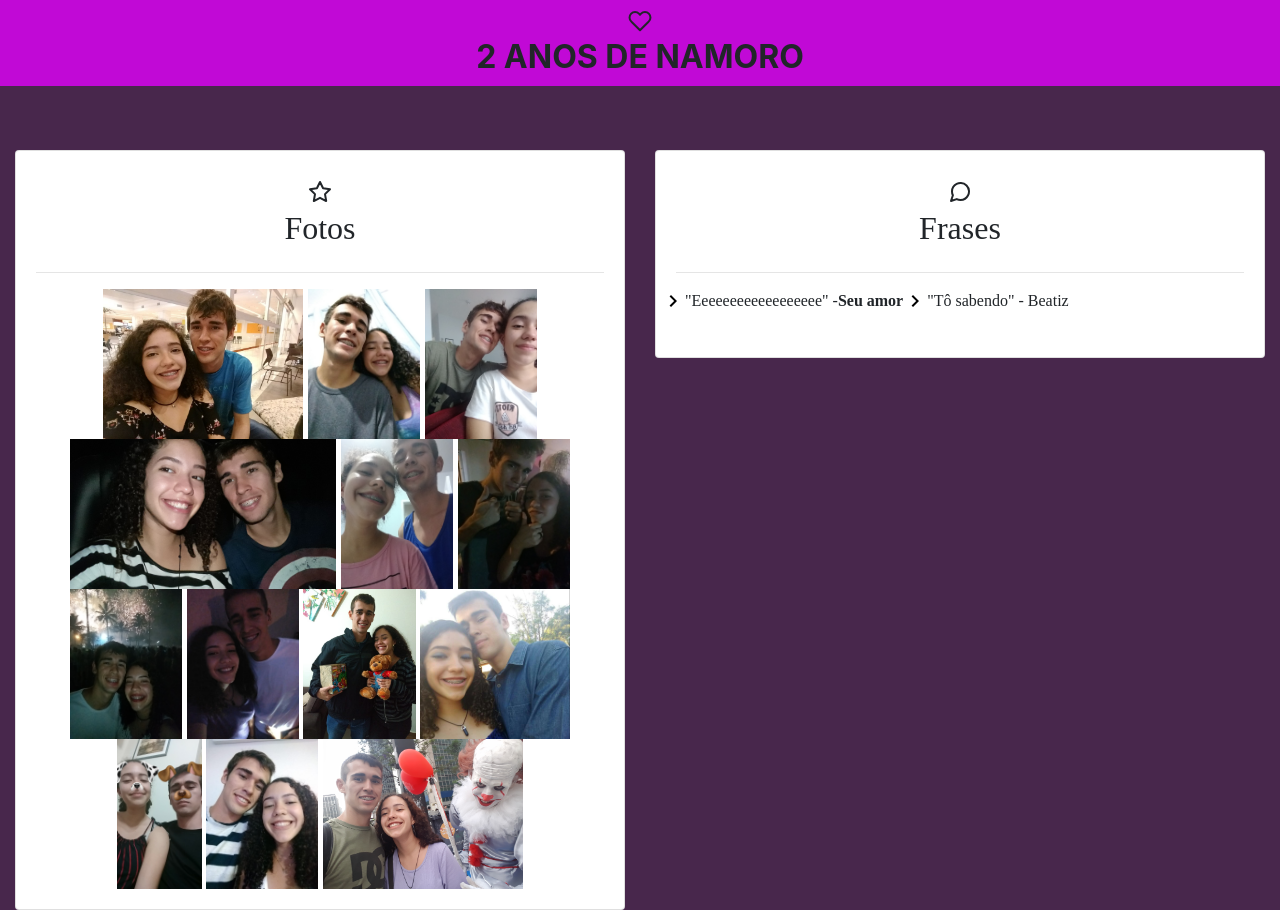
Repository: MeuAmor/meuamor.github.io
Page: index.html
These files come from the project's save history. The page is drawn as it stood at one moment and after the next save; the edit follows.
The browser window is 1280 px wide. The pictures show the whole page.

Above is the page before, as saved 2019-08-20 23:18:49.

After the next save:
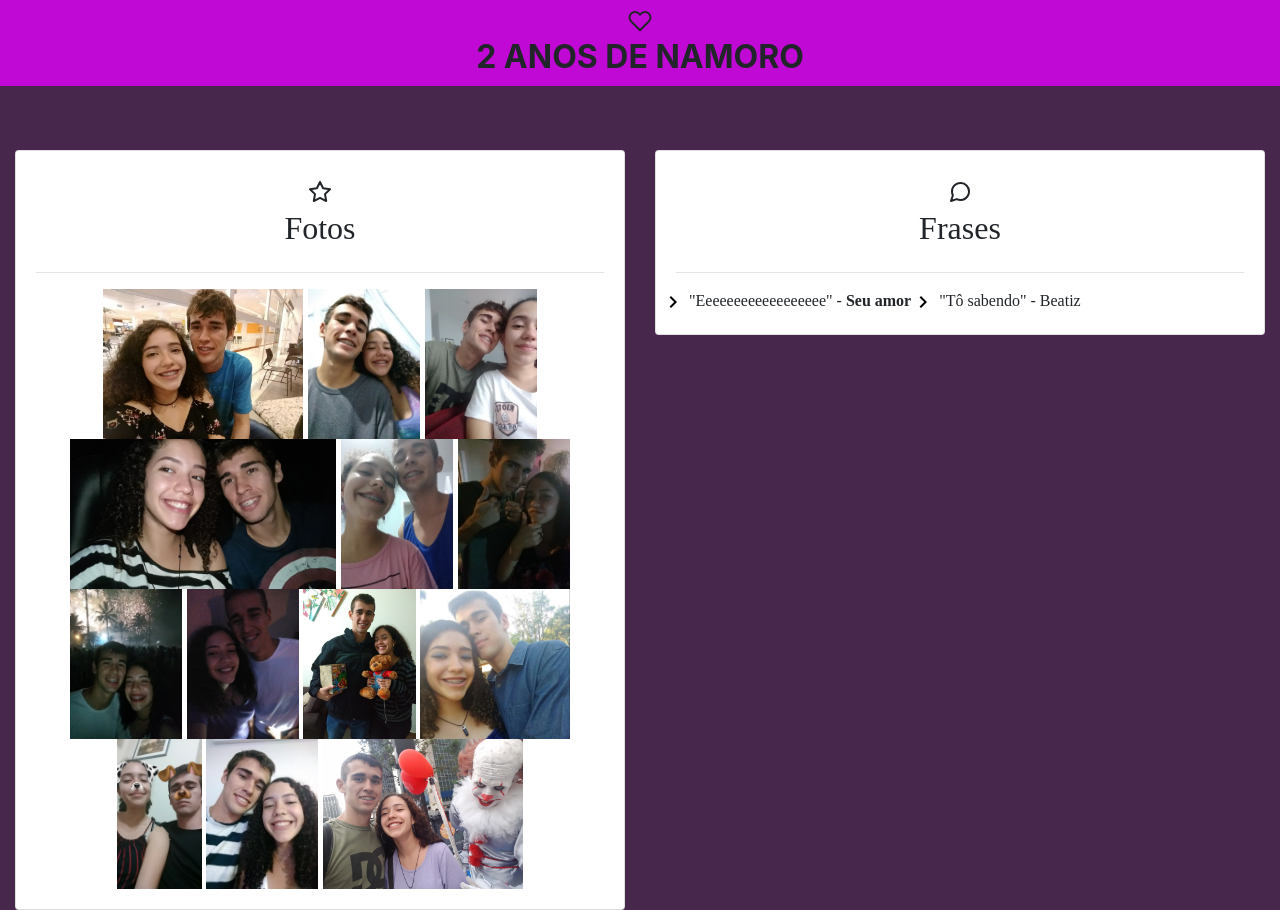
Saved 60 s later.
--- a/index.html
+++ b/index.html
@@ -121,18 +121,22 @@
             </h2>
 			<hr>
             <div class="row" style="font-family: 'Times New Roman', Times, serif">
-                    <svg xmlns="http://www.w3.org/2000/svg" width="24" height="24" viewBox="0 0 24 24">
-                        <path d="M8.59 16.59L13.17 12 8.59 7.41 10 6l6 6-6 6-1.41-1.41z"/>
-                        <path fill="none" d="M0 0h24v24H0V0z"/>
-                    </svg>
-                    "Eeeeeeeeeeeeeeeeee" - <b> Seu amor</b>
-                    <br>
-                    <br>
-                    <svg xmlns="http://www.w3.org/2000/svg" width="24" height="24" viewBox="0 0 24 24">
-                        <path d="M8.59 16.59L13.17 12 8.59 7.41 10 6l6 6-6 6-1.41-1.41z"/>
-                        <path fill="none" d="M0 0h24v24H0V0z"/>
-                    </svg>
-                    "Tô sabendo" - Beatiz<br>
+                    <div>
+
+                        <svg xmlns="http://www.w3.org/2000/svg" width="24" height="24" viewBox="0 0 24 24">
+                            <path d="M8.59 16.59L13.17 12 8.59 7.41 10 6l6 6-6 6-1.41-1.41z"/>
+                            <path fill="none" d="M0 0h24v24H0V0z"/>
+                        </svg>
+                        "Eeeeeeeeeeeeeeeeee" - <b> Seu amor</b>
+                    </div>
+                    <div>
+                        <svg xmlns="http://www.w3.org/2000/svg" width="24" height="24" viewBox="0 0 24 24">
+                            <path d="M8.59 16.59L13.17 12 8.59 7.41 10 6l6 6-6 6-1.41-1.41z"/>
+                            <path fill="none" d="M0 0h24v24H0V0z"/>
+                        </svg>
+                        "Tô sabendo" - Beatiz<br>
+
+                    </div>
             </div>
         </div>
 
